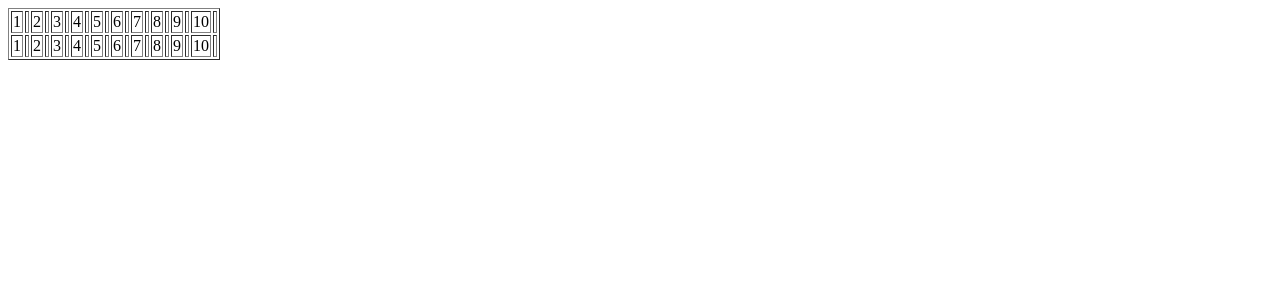
Repository: leejonggwon/Amora-Project
Page: http://localhost/JSP/ex08newTable.jsp
An editor plug-in stored every save of this project. The page is shown before and after the next save, followed by the edit.
The browser window is 1280 px wide. The pictures show the whole page.
The page is served by Tomcat 9.

Above is the page before, as saved 2023-08-01 15:52:55.

After the next save:
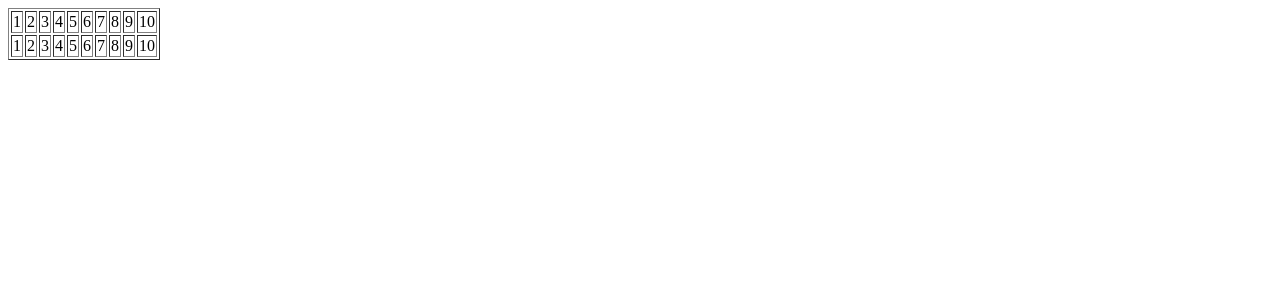
Saved 99 s later.
--- a/04.Server/JSP/src/main/webapp/ex08newTable.jsp
+++ b/04.Server/JSP/src/main/webapp/ex08newTable.jsp
@@ -9,17 +9,19 @@
 <body>
 	<%-- 반복문을 사용하여 10개짜리 방이 있는 테이블 만들기 --%>
 	<table border ="1px solid black" >
+
+	<!-- out.print방법 -->
 	<tr>
 		<% for(int i = 1; i <= 10; i++ ){
-			out.print("<td>"+ i +"<td>");
+			out.print("<td>"+ i +"</td>");
 		}
 		%>
 	</tr>
 
-
+	<!-- 일일이 달아주는 기존방법 -->
 	<tr>
 		<% for(int i = 1; i <= 10; i++){ %>
-			<td> <%= i %> <td>
+			<td> <%= i %> </td>
 		<% } %>
 	</tr>
 
